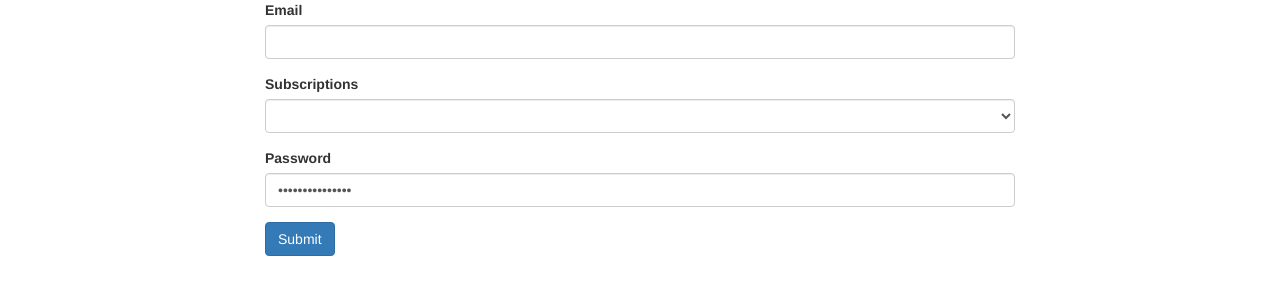
Repository: NikitasX/AngularCourse
Page: / (app in td-forms-assignment/)
An editor plug-in stored every save of this project. The page is shown before and after the next save, followed by the edit.
The browser window is 1280 px wide. The pictures show the whole page.
The project was rebuilt for these pictures with package versions that can differ from the ones it lists, and the page was loaded fresh each time. Also part of the build but not shown: td-forms-assignment/angular.json.

Above is the page before, as saved 2020-09-25 16:46:52.

### td-forms-assignment/src/app/app.component.ts
import { Component, ViewChild } from '@angular/core';
import { NgForm } from '@angular/forms';

@Component({
  selector: 'app-root',
  templateUrl: './app.component.html',
  styleUrls: ['./app.component.css']
})
export class AppComponent {

  sub = 'advanced';
  @ViewChild('f') submittedForm:NgForm;

  onSubmit() {
    console.log(this.submittedForm);
  }
}

### td-forms-assignment/src/app/app.component.html
<div class="container">
  <div class="row">
    <div class="col-xs-12 col-sm-10 col-md-8 col-sm-offset-1 col-md-offset-2">

      <form (ngSubmit)="onSubmit()" #f="ngForm">
        <div class="myPersonalForm">
          <div class="form-group">
            <label for="email">Email</label>
            <input
              type="email"
              class="form-control"
              name="email"
              required
              email
              ngModel
              #email="ngModel">
              <p class="alert alert-danger" *ngIf="!email.valid && email.touched">Invalid Email!</p>
            </div>

            <div class="form-group">
              <label for="subscriptions">Subscriptions</label>
              <select
              class="form-control"
              name="subscription"
              required
              ngModel
              #sub="ngModel">
                <option value="basic">Basic</option>
                <option value="advanced">Advanced</option>
                <option value="pro">Pro</option>
              </select>
              <p class="alert alert-danger" *ngIf="!sub.valid && sub.touched">Invalid subscription!</p>
            </div>

            <div class="form-group">
              <label for="password">Password</label>
              <input
              type="password"
              name="password"
              class="form-control"
              required
              [ngModel]="sub"
              #pass="ngModel">
              <p class="alert alert-danger" *ngIf="!pass.valid && pass.touched">Invalid Password!</p>
            </div>
        </div>
        <button class="btn btn-primary" type="submit">Submit</button>
      </form>

      <!-- Add a Form with the following Inputs (and Validators)
           1) Mail address (should not be empty and should be an email address)
           2) A Dropdown which allows the user to select from three different Subscriptions ("Basic", "Advanced", "Pro")
              Set "Advanced" as Default
           3) A Password field (should not be empty)
           4) A Submit Button

           Display a warning message if the Form is invalid AND was touched. Display a warning message below each input if it's invalid.

           Upon submitting the form, you should simply print the Value of the Form to the Console.
           Optionally, display it in your template.
      -->
    </div>
  </div>
</div>

### td-forms-assignment/src/app/app.component.css
input.ng-invalid.ng-touched, select.ng-invalid.ng-touched {
    border:2px dashed red;
}

Loaded but not shown: td-forms-assignment/src/index.html (common file); td-forms-assignment/src/styles.css (common file); td-forms-assignment/src/main.ts (common file); td-forms-assignment/src/app/app.module.ts (common file); td-forms-assignment/src/environments/environment.ts (common file)

After the next save:
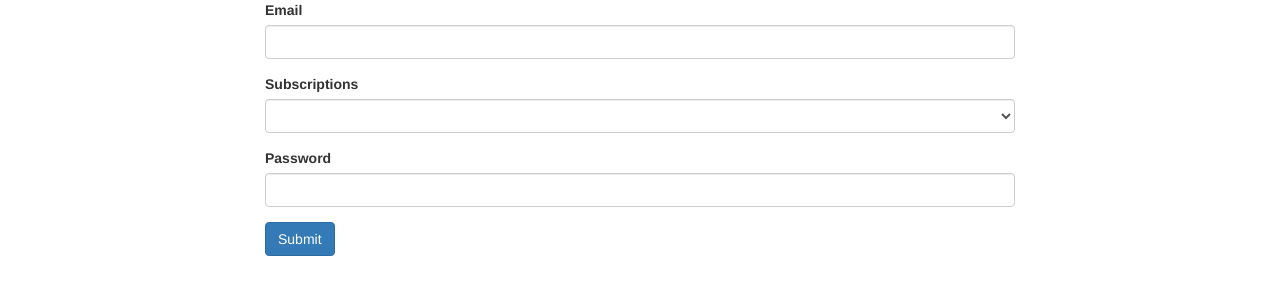
Saved 10 s later.
--- a/td-forms-assignment/src/app/app.component.html
+++ b/td-forms-assignment/src/app/app.component.html
@@ -39,7 +39,7 @@
               name="password"
               class="form-control"
               required
-              [ngModel]="sub"
+              [ngModel]="defaultSubscription"
               #pass="ngModel">
               <p class="alert alert-danger" *ngIf="!pass.valid && pass.touched">Invalid Password!</p>
             </div>
